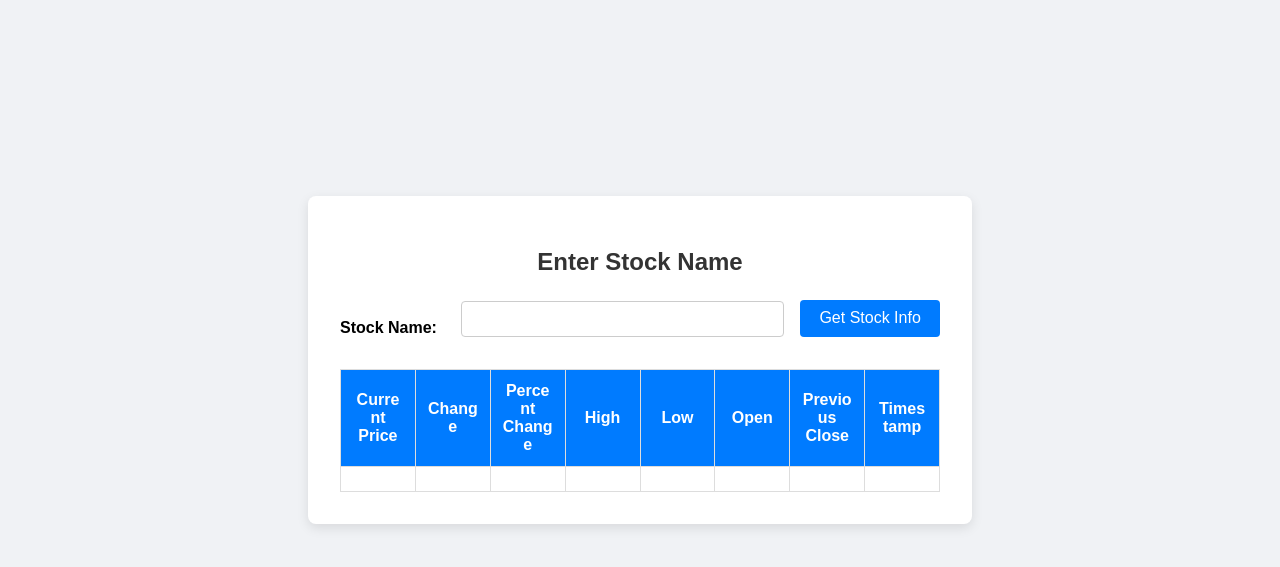
Repository: RamGochade39/Live-Share-Market-Tracker-Microservices-Based-Real-Time-Stock-Info-App
Page: http://localhost/Stock-Price-Enquary-App/views/index.jsp
The author's editor kept a copy of each file at every save. The page is drawn from the files as they stood at one save, then again after the next save.
The browser window is 1280 px wide. The pictures show the whole page.
The page is served by Tomcat 10. Other server files are loaded and not shown. The template is opened directly, without the code that normally fills it, so the values that code supplies are empty.

Above is the page before, as saved 2025-06-21 07:26:22.

### Stock-Price-Enquary-App/src/main/webapp/views/index.jsp
<%@ page language="java" contentType="text/html; charset=UTF-8"
    pageEncoding="UTF-8" isELIgnored="false"%>
<!DOCTYPE html>
<html>
<head>
  <title>Stock Search</title>
  <style>
    body {
      margin: 0;
      padding: 0;
      font-family: Arial, sans-serif;
      background: #f0f2f5;
      display: flex;
      justify-content: center;
      align-items: center;
      min-height: 100vh;
    }
    .container {
      background: #fff;
      padding: 2rem;
      border-radius: 8px;
      box-shadow: 0 4px 12px rgba(0,0,0,0.1);
      max-width: 600px;
      width: 100%;
      text-align: center;
      /* enable horizontal scroll if table overflows */
      overflow-x: auto;
    }
    h2 {
      margin-bottom: 1.5rem;
      color: #333;
    }
    form {
      display: flex;
      justify-content: center;
      align-items: flex-end;
      gap: 1rem;
      margin-bottom: 2rem;
    }
    label {
      font-weight: bold;
      margin-right: 0.5rem;
    }
    input[type="text"] {
      padding: 0.5rem;
      font-size: 1rem;
      border: 1px solid #ccc;
      border-radius: 4px;
      flex: 1;
    }
    input[type="submit"] {
      padding: 0.6rem 1.2rem;
      font-size: 1rem;
      border: none;
      border-radius: 4px;
      background: #007bff;
      color: #fff;
      cursor: pointer;
      transition: background 0.3s;
    }
    input[type="submit"]:hover {
      background: #0056b3;
    }
    table {
      width: 100%;
      border-collapse: collapse;
      margin-top: 1rem;
      /* ensure columns shrink to fit */
      table-layout: fixed;
    }
    th, td {
      padding: 0.75rem;
      border: 1px solid #ddd;
      text-align: center;
      /* wrap text instead of expanding cells */
      word-wrap: break-word;
      white-space: normal;
    }
    th {
      background: #007bff;
      color: #fff;
    }
    tbody tr:nth-child(odd) {
      background: #f9f9f9;
    }
  </style>
</head>
<body>
  <div class="container">
    <h2>Enter Stock Name</h2>
    <form action="search" method="get">
      <label for="stockName">Stock Name:</label>
      <input type="text" id="stockName" name="stockName" required>
      <input type="submit" value="Get Stock Info">
    </form>
    <table>
      <tr>
        <th>Current Price</th>
        <th>Change</th>
        <th>Percent Change</th>
        <th>High</th>
        <th>Low</th>
        <th>Open</th>
        <th>Previous Close</th>
        <th>Timestamp</th>
      </tr>
      <tr>
        <td>${data.c}</td>
        <td>${data.d}</td>
        <td>${data.dp}</td>
        <td>${data.h}</td>
        <td>${data.l}</td>
        <td>${data.o}</td>
        <td>${data.pc}</td>
        <td>${time}</td>
      </tr>
    </table>
  </div>
</body>
</html>

After the next save:
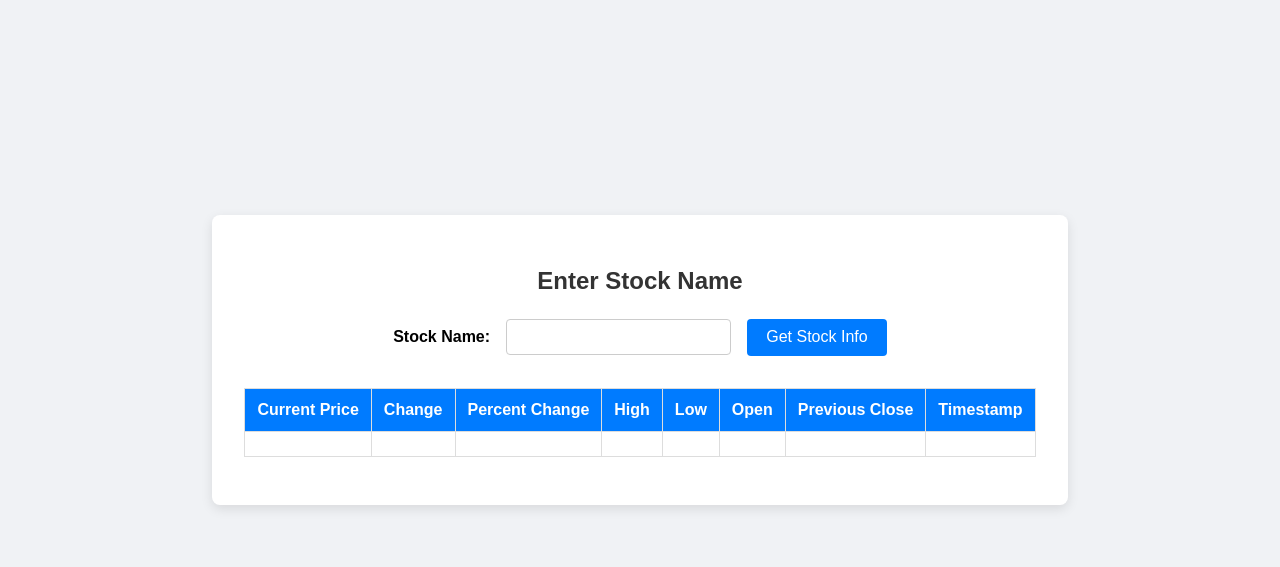
Saved 105 s later.
--- a/Stock-Price-Enquary-App/src/main/webapp/views/index.jsp
+++ b/Stock-Price-Enquary-App/src/main/webapp/views/index.jsp
@@ -20,10 +20,10 @@
       padding: 2rem;
       border-radius: 8px;
       box-shadow: 0 4px 12px rgba(0,0,0,0.1);
-      max-width: 600px;
-      width: 100%;
+      /* allow width to expand based on content */
+      max-width: 90%;
+      width: auto;
       text-align: center;
-      /* enable horizontal scroll if table overflows */
       overflow-x: auto;
     }
     h2 {
@@ -31,22 +31,24 @@
       color: #333;
     }
     form {
-      display: flex;
+      display: inline-flex;
+      flex-wrap: wrap;
       justify-content: center;
-      align-items: flex-end;
+      align-items: center;
       gap: 1rem;
       margin-bottom: 2rem;
     }
     label {
       font-weight: bold;
-      margin-right: 0.5rem;
     }
     input[type="text"] {
       padding: 0.5rem;
       font-size: 1rem;
       border: 1px solid #ccc;
       border-radius: 4px;
-      flex: 1;
+      /* size relative to content */
+      min-width: 150px;
+      width: auto;
     }
     input[type="submit"] {
       padding: 0.6rem 1.2rem;
@@ -62,17 +64,15 @@
       background: #0056b3;
     }
     table {
-      width: 100%;
+      /* let table size itself to content */
       border-collapse: collapse;
-      margin-top: 1rem;
-      /* ensure columns shrink to fit */
-      table-layout: fixed;
+      margin: 0 auto 1rem;
+      /* remove fixed layout */
     }
     th, td {
       padding: 0.75rem;
       border: 1px solid #ddd;
       text-align: center;
-      /* wrap text instead of expanding cells */
       word-wrap: break-word;
       white-space: normal;
     }
